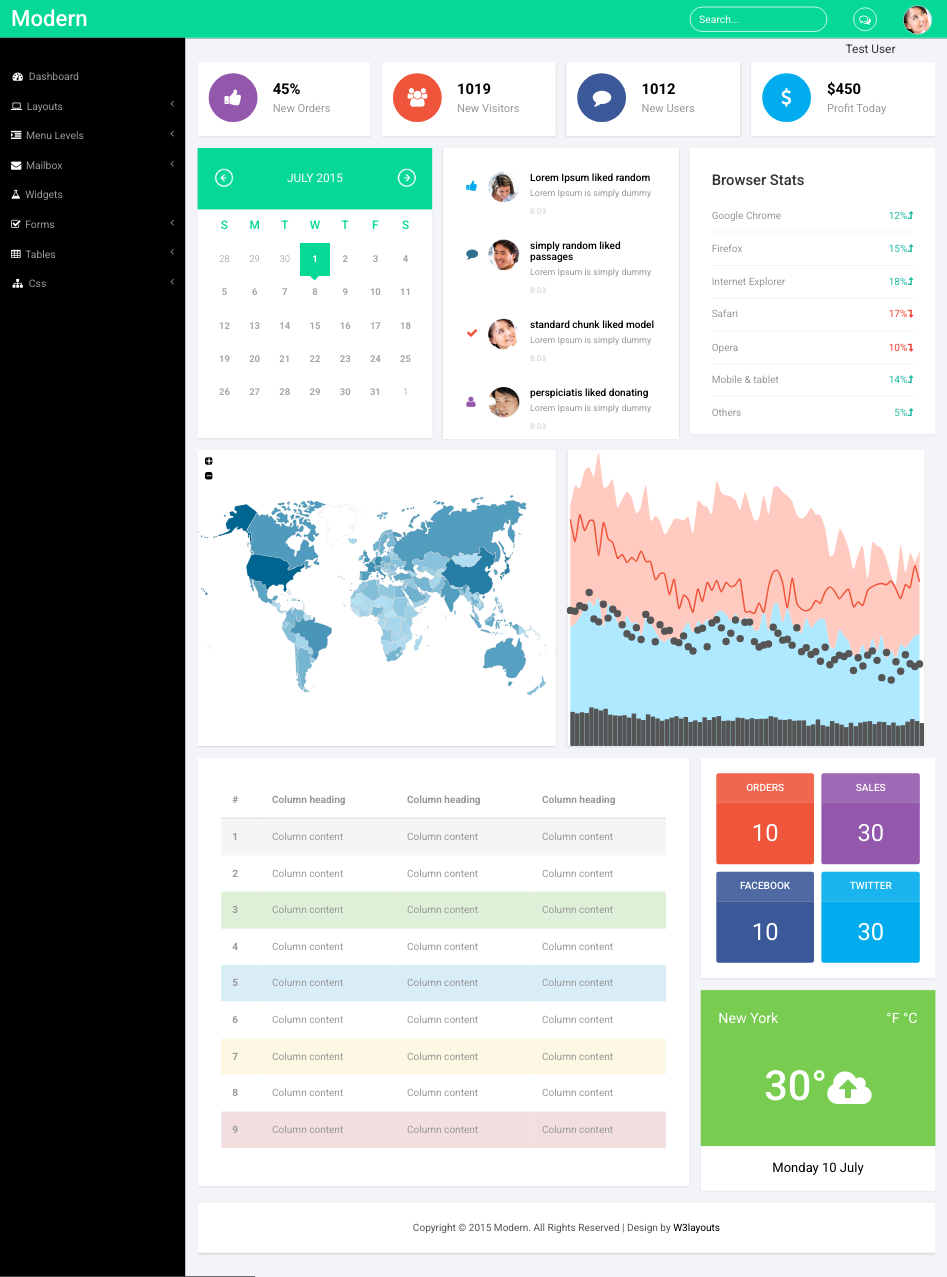
Repository: NomanMustafa/laravel-blog
Page: http://localhost/dashboard
An editor plug-in stored every save of this project. The page is shown before and after the next save, followed by the edit.
The browser window is 1280 px wide. The pictures show the whole page, at 74% of full size.
The page is served by the project's Laravel application, run on PHP 8.4 with Laravel 8. A made-up administrator, Test User (test@example.com), is signed in.

Above is the page before, as saved 2020-07-05 00:34:09.

After the next save:
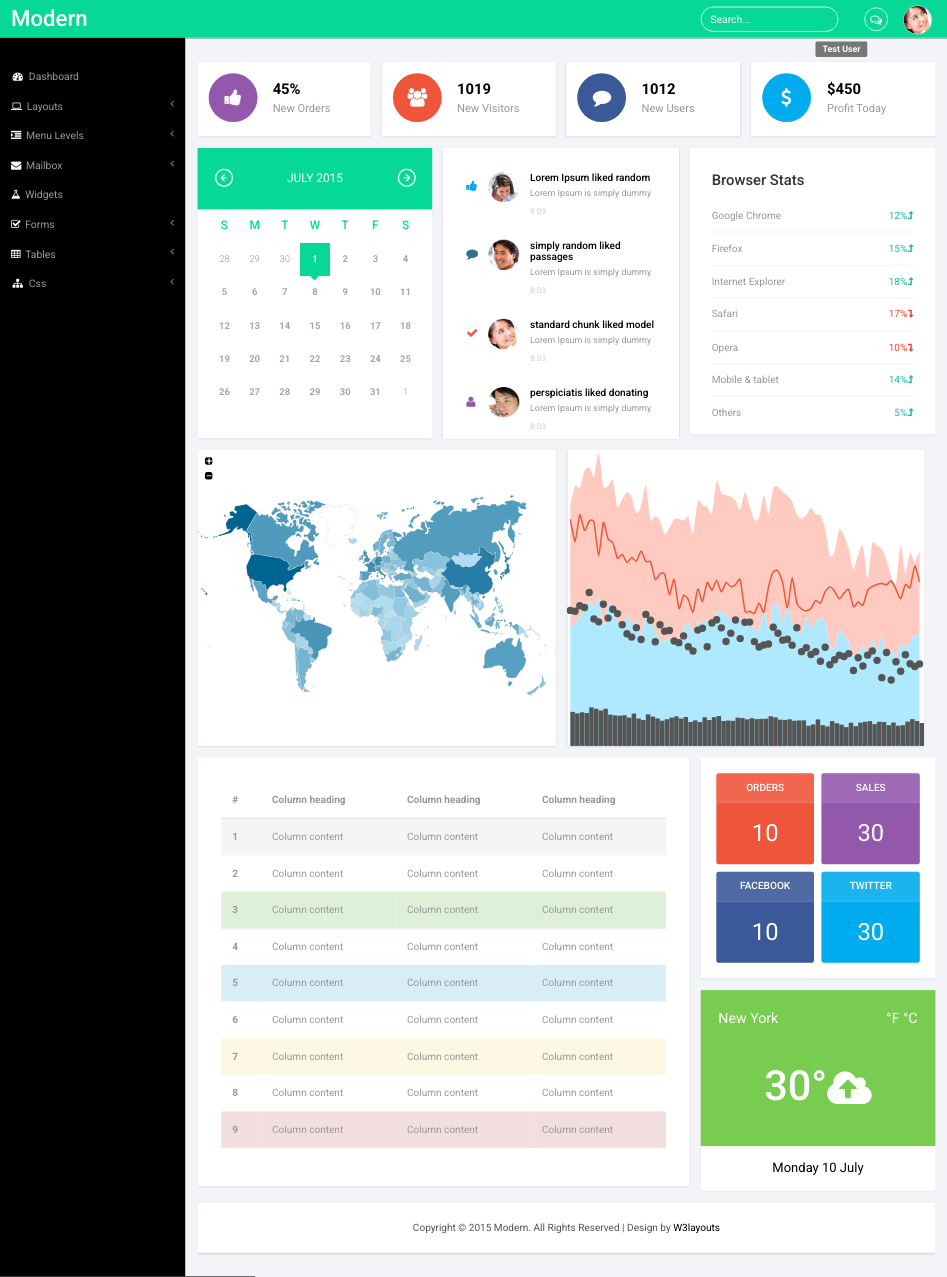
Saved 34 s later.
--- a/resources/views/includes/admin/headerNavigation.blade.php
+++ b/resources/views/includes/admin/headerNavigation.blade.php
@@ -11,7 +11,7 @@
  <ul class="nav navbar-nav navbar-right">
      <li class="dropdown">
          <a href="#" class="dropdown-toggle" data-toggle="dropdown" aria-expanded="false"><i class="fa fa-comments-o"></i></a>
-        <span>{{ Auth::user()->name }}</span>
+        <span class="badge">{{ Auth::user()->name }}</span>
 
      <li class="dropdown">
          <a href="#" class="dropdown-toggle avatar" data-toggle="dropdown"><img src="{{ asset('admin/assets/images/1.png') }}"></a>
